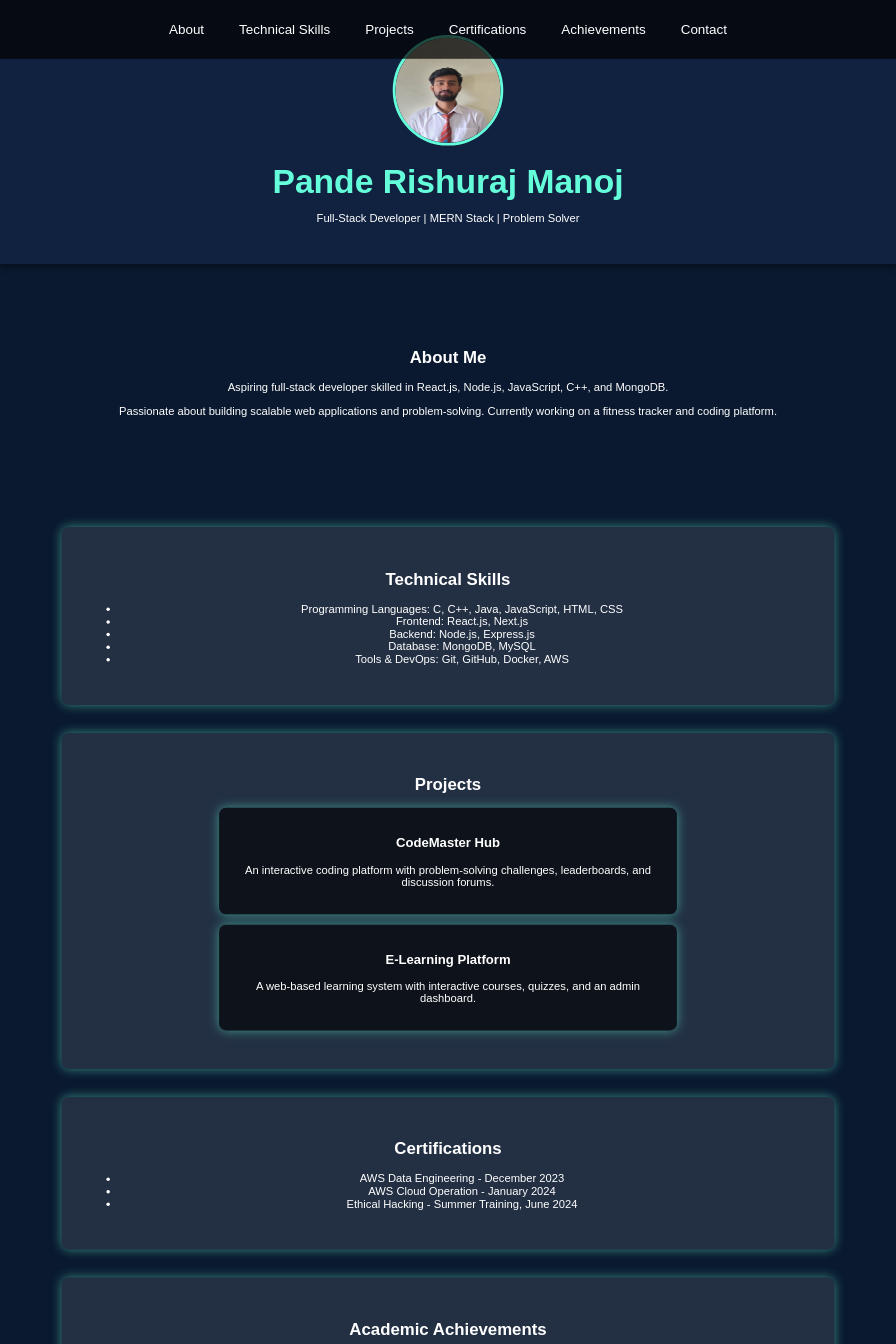
Repository: Rishuraj-Pandey/portfolio
Page: index.html
These files come from the project's save history. The page is drawn as it stood at one moment and after the next save; the edit follows.
The browser window is 1280 px wide. The pictures show the part of the page from y = 0 to 1920 px (the page is 2781 px tall before and 2791 px after), at 70% of full size.

Above is the page before, as saved 2025-03-22 01:24:46.

After the next save:
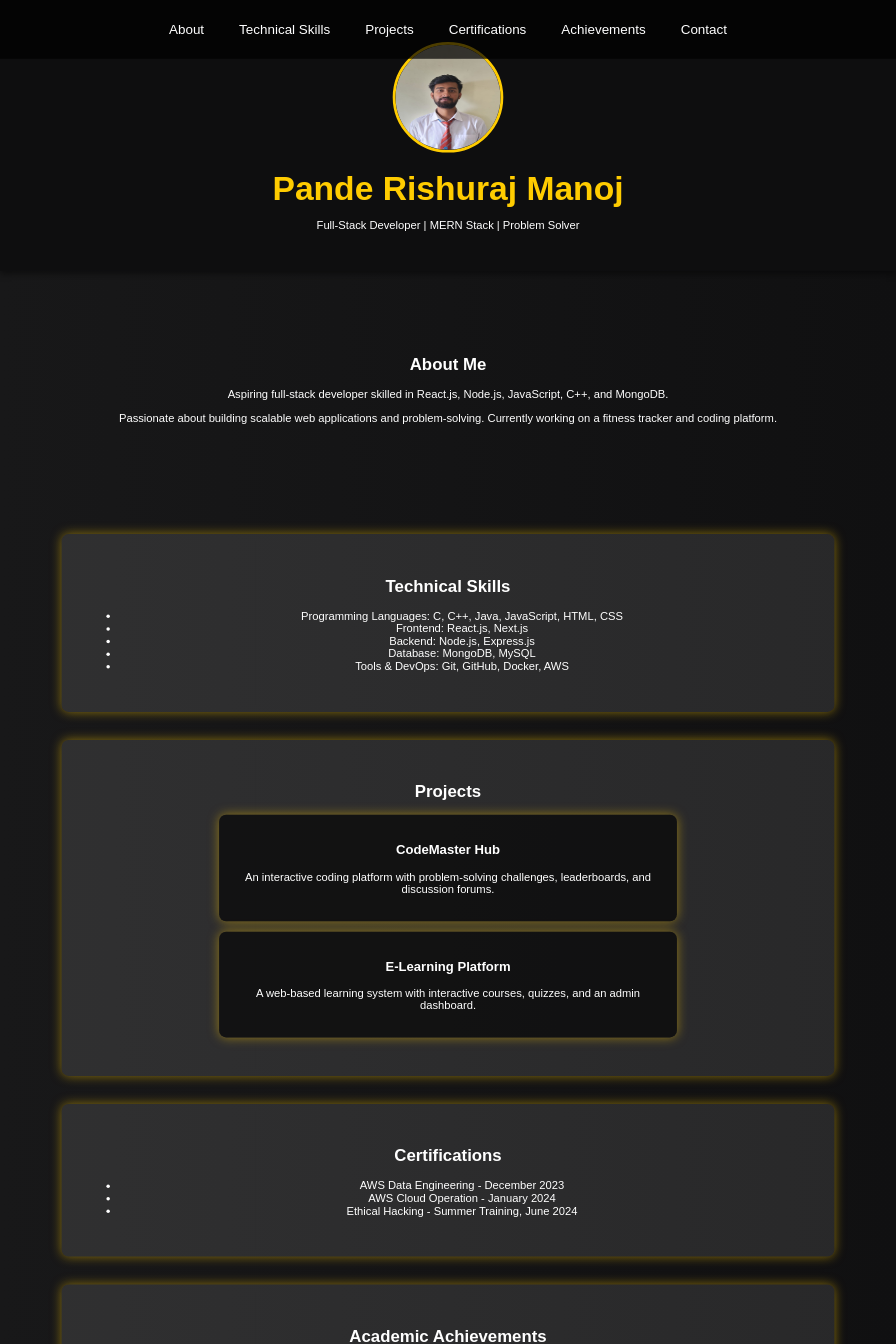
Saved 4 s later.
--- a/style.css
+++ b/style.css
@@ -2,48 +2,30 @@ body {
     font-family: 'Poppins', sans-serif;
     margin: 0;
     padding: 0;
-    background: #0a192f;
+    background: linear-gradient(to right, #181819, #101011);
     color: white;
     text-align: center;
     scroll-behavior: smooth;
 }
 
 header {
-    background: #112240;
+    background: rgba(14, 14, 15, 0.9);
     padding: 40px 20px;
     box-shadow: 0px 4px 10px rgba(0, 0, 0, 0.5);
-    position: relative;
 }
 
 h1 {
-    margin: 10px 0;
+    margin: 0;
     font-size: 3em;
-    color: #64ffda;
+    color: #ffcc00;
 }
 
 .profile-pic {
     width: 150px;
     height: 150px;
     border-radius: 50%;
-    margin: 10px 0;
-    border: 4px solid #64ffda;
-}
-
-.download-cv {
-    display: inline-block;
-    margin-top: 15px;
-    padding: 10px 20px;
-    font-size: 1.2em;
-    color: #0a192f;
-    background: #64ffda;
-    border-radius: 5px;
-    text-decoration: none;
-    font-weight: bold;
-    transition: background 0.3s ease-in-out;
-}
-
-.download-cv:hover {
-    background: #52e0c4;
+    margin: 20px 0;
+    border: 4px solid #ffcc00;
 }
 
 nav {
@@ -77,7 +59,7 @@ nav ul li a {
 }
 
 nav ul li a:hover {
-    color: #64ffda;
+    color: #ffcc00;
     transform: scale(1.1);
 }
 
@@ -91,7 +73,7 @@ section {
     border-radius: 10px;
     margin: 40px auto;
     width: 80%;
-    box-shadow: 0px 0px 15px rgba(100, 255, 218, 0.5);
+    box-shadow: 0px 0px 15px rgba(255, 204, 0, 0.5);
     animation: fadeIn 1.2s ease-in-out;
 }
 
@@ -101,17 +83,17 @@ section {
     margin: 15px auto;
     width: 60%;
     border-radius: 10px;
-    box-shadow: 0px 0px 15px rgba(100, 255, 218, 0.5);
+    box-shadow: 0px 0px 15px rgba(255, 204, 0, 0.5);
     transition: transform 0.3s, box-shadow 0.3s;
 }
 
 .project-card:hover {
     transform: scale(1.05);
-    box-shadow: 0px 0px 25px rgba(100, 255, 218, 0.8);
+    box-shadow: 0px 0px 25px rgba(255, 204, 0, 0.8);
 }
 
 .contact a {
-    color: #64ffda;
+    color: #ffcc00;
     text-decoration: none;
     font-weight: bold;
 }
